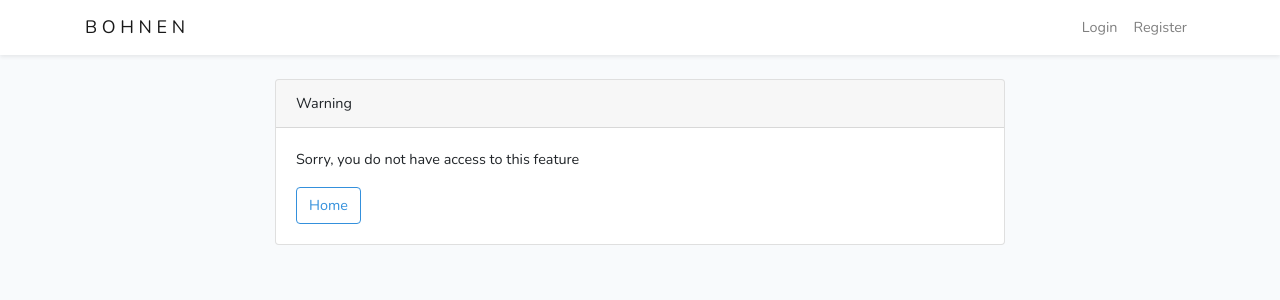
Repository: davidbohnen/BOHNEN
Page: http://localhost/warn
These files come from the project's save history. The page is drawn as it stood at one moment and after the next save; the edit follows.
The browser window is 1280 px wide. The pictures show the whole page.
The page is served by the project's Laravel application, run on PHP 8.4 with Laravel 8. Other server files are loaded and not shown.

Above is the page before, as saved 2020-05-05 22:44:07.

### routes/web.php
<?php

use Illuminate\Support\Facades\Route;

/*
|--------------------------------------------------------------------------
| Web Routes
|--------------------------------------------------------------------------
|
| Here is where you can register web routes for your application. These
| routes are loaded by the RouteServiceProvider within a group which
| contains the "web" middleware group. Now create something great!
|
*/

Route::get('/', function () {
    return view('welcome');
});

Auth::routes();

Route::get('/home', 'HomeController@index')->name('home');

Route::get('/post/create', 'PostController@create');
Route::post('/post', 'PostController@store');
Route::get('/warn', 'IndexController@warn');
Route::get('/post/{post}', 'PostController@show');

Route::get('/public', 'IndexController@public');

Route::get('/news', 'IndexController@news');
Route::get('/nope', 'IndexController@nope');


Route::get('/about', 'IndexController@about');
Route::get('/more', 'IndexController@more');
Route::get('/history', 'IndexController@history');
Route::get('/record', 'IndexController@record');
Route::get('/contact', 'IndexController@contact');
Route::get('/live', 'IndexController@live');

### app/Http/Controllers/IndexController.php
<?php

namespace App\Http\Controllers;

use Illuminate\Http\Request;

class IndexController extends Controller
{


    public function index(){

        return view('index');
    }

    public function about(){

        return view('about');
    }

    public function more(){

        return view('more');
    }

    public function history(){

        return view('history');
    }

    public function record(){

        return view('record');
    }

    public function contact(){

        return view('contact');
    }

    public function live(){

        return view('live');
    }

    public function public(){

        return view('public');
    }

    public function warn(){

        return view('warn');
    }

    public function news(){

        return view('news');
    }

    public function nope(){

        return view('nope');
    }
}

### resources/views/warn.blade.php
@extends('layouts.app')
@section('content')
<div class="container">
    <div class="row justify-content-center">
        <div class="col-md-8">
            <div class="card">
                <div class="card-header">Warning</div>

                <div class="card-body">
                    @if (session('status'))
                        <div class="alert alert-success" role="alert">
                            {{ session('status') }}
                        </div>
                    @endif
                    <p>Sorry, you do not have access to this feature</p>
                <a href="/home" class="btn btn-outline-primary my-2 my-sm-0">Home</a>

                </div>
            </div>
        </div>
    </div>
</div>
@endsection

### resources/views/layouts/app.blade.php
<!doctype html>
<html lang="{{ str_replace('_', '-', app()->getLocale()) }}">
<head>
    <meta charset="utf-8">
    <meta name="viewport" content="width=device-width, initial-scale=1">

    <!-- CSRF Token -->
    <meta name="csrf-token" content="{{ csrf_token() }}">

    <title>{{ config('BOHNEN', 'B O H N E N') }}</title>


    <!-- Scripts -->
    <script src="{{ asset('js/app.js') }}" defer></script>

    <!-- Fonts -->
    <link rel="dns-prefetch" href="//fonts.gstatic.com">
    <link href="https://fonts.googleapis.com/css?family=Nunito" rel="stylesheet">

    <!-- Styles -->
    <link href="{{ asset('css/app.css') }}" rel="stylesheet">
</head>
<body>
    <div id="app">
        <nav class="navbar navbar-expand-md navbar-light bg-white shadow-sm">
            <div class="container">
                <a class="navbar-brand" href="{{ url('/') }}">
                    {{ config('BOHNEN', 'B O H N E N') }}
                </a>
                <button class="navbar-toggler" type="button" data-toggle="collapse" data-target="#navbarSupportedContent" aria-controls="navbarSupportedContent" aria-expanded="false" aria-label="{{ __('Toggle navigation') }}">
                    <span class="navbar-toggler-icon"></span>
                </button>

                <div class="collapse navbar-collapse" id="navbarSupportedContent">
                    <!-- Left Side Of Navbar -->
                    <ul class="navbar-nav mr-auto">

                    </ul>

                    <!-- Right Side Of Navbar -->
                    <ul class="navbar-nav ml-auto">
                        <!-- Authentication Links -->
                        @guest
                            <li class="nav-item">
                                <a class="nav-link" href="{{ route('login') }}">{{ __('Login') }}</a>
                            </li>
                            @if (Route::has('register'))
                                <li class="nav-item">
                                    <a class="nav-link" href="{{ route('register') }}">{{ __('Register') }}</a>
                                </li>
                            @endif
                        @else
                            <li class="nav-item dropdown">
                                <a id="navbarDropdown" class="nav-link dropdown-toggle" href="#" role="button" data-toggle="dropdown" aria-haspopup="true" aria-expanded="false" v-pre>
                                    {{ Auth::user()->name }} <span class="caret"></span>
                                </a>

                                <div class="dropdown-menu dropdown-menu-right" aria-labelledby="navbarDropdown">
                                <a class="dropdown-item" href="/home">Home

                                       </a>

                                       <a class="dropdown-item" href="/public">Public View

                                       </a>

                                    <a class="dropdown-item" href="{{ route('logout') }}"
                                       onclick="event.preventDefault();
                                                     document.getElementById('logout-form').submit();">
                                        {{ __('Logout') }}
                                    </a>

                                    <form id="logout-form" action="{{ route('logout') }}" method="POST" style="display: none;">
                                        @csrf
                                    </form>
                                </div>
                            </li>
                        @endguest
                    </ul>
                </div>
            </div>
        </nav>

        <main class="py-4">
            @yield('content')
        </main>
    </div>
</body>
</html>

Loaded but not shown: app/Http/Controllers/Auth/LoginController.php (common file); app/Http/Controllers/Controller.php (common file); app/Http/Controllers/Auth/ConfirmPasswordController.php (common file); public/css/app.css (library)

After the next save:
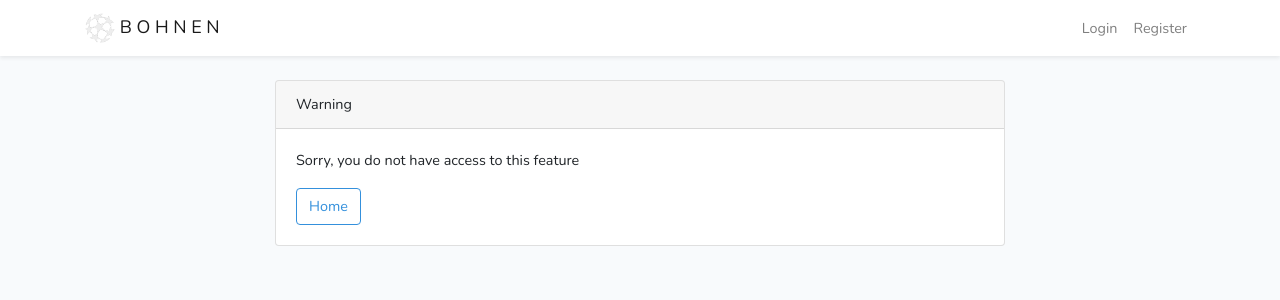
Saved 117 s later.
--- a/resources/views/layouts/app.blade.php
+++ b/resources/views/layouts/app.blade.php
@@ -24,7 +24,9 @@
     <div id="app">
         <nav class="navbar navbar-expand-md navbar-light bg-white shadow-sm">
             <div class="container">
-                <a class="navbar-brand" href="{{ url('/') }}">
+
+
+                <a class="navbar-brand" href="{{ url('/') }}"><img src="images/uclball.png" width="30" height="30" class="d-inline-block align-top" alt="">
                     {{ config('BOHNEN', 'B O H N E N') }}
                 </a>
                 <button class="navbar-toggler" type="button" data-toggle="collapse" data-target="#navbarSupportedContent" aria-controls="navbarSupportedContent" aria-expanded="false" aria-label="{{ __('Toggle navigation') }}">
